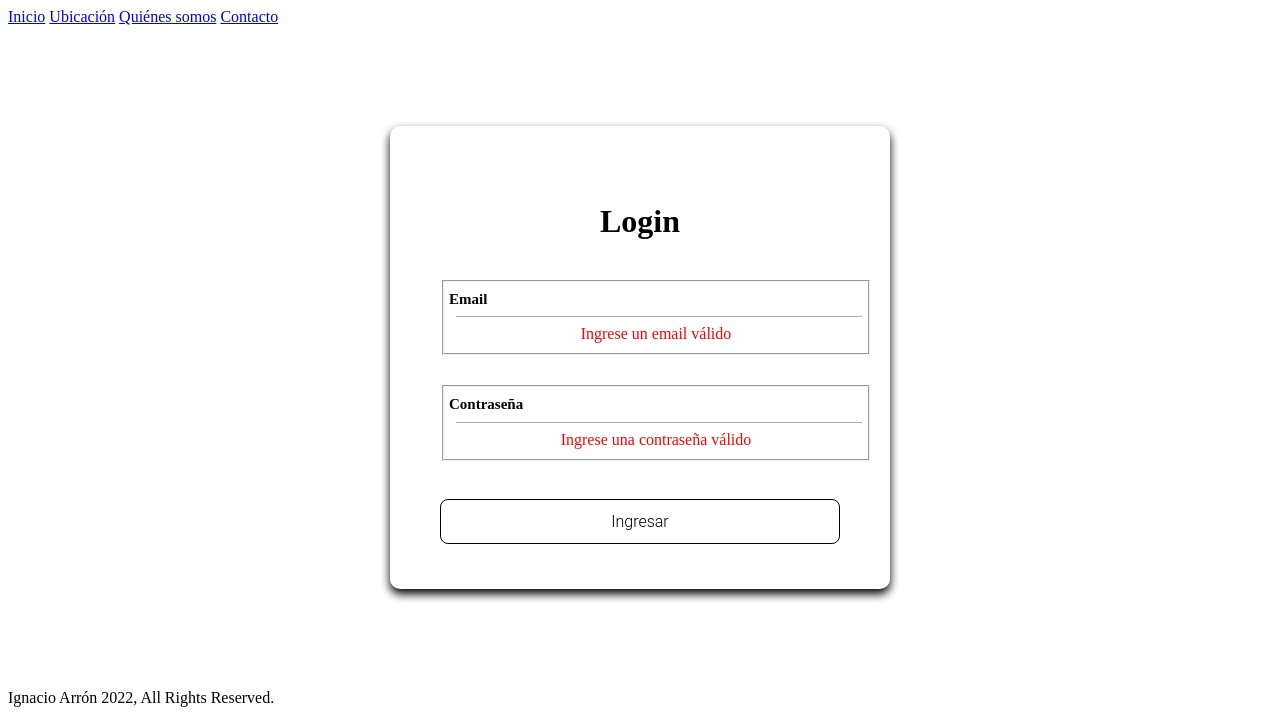
Repository: Divineridh/lppa-parcial2
Page: login.html
The author's editor kept a copy of each file at every save. The page is drawn from the files as they stood at one save, then again after the next save.
The browser window is 1280 px wide. The pictures show the whole page.

Above is the page before, as saved 2022-07-04 21:07:41.

After the next save:
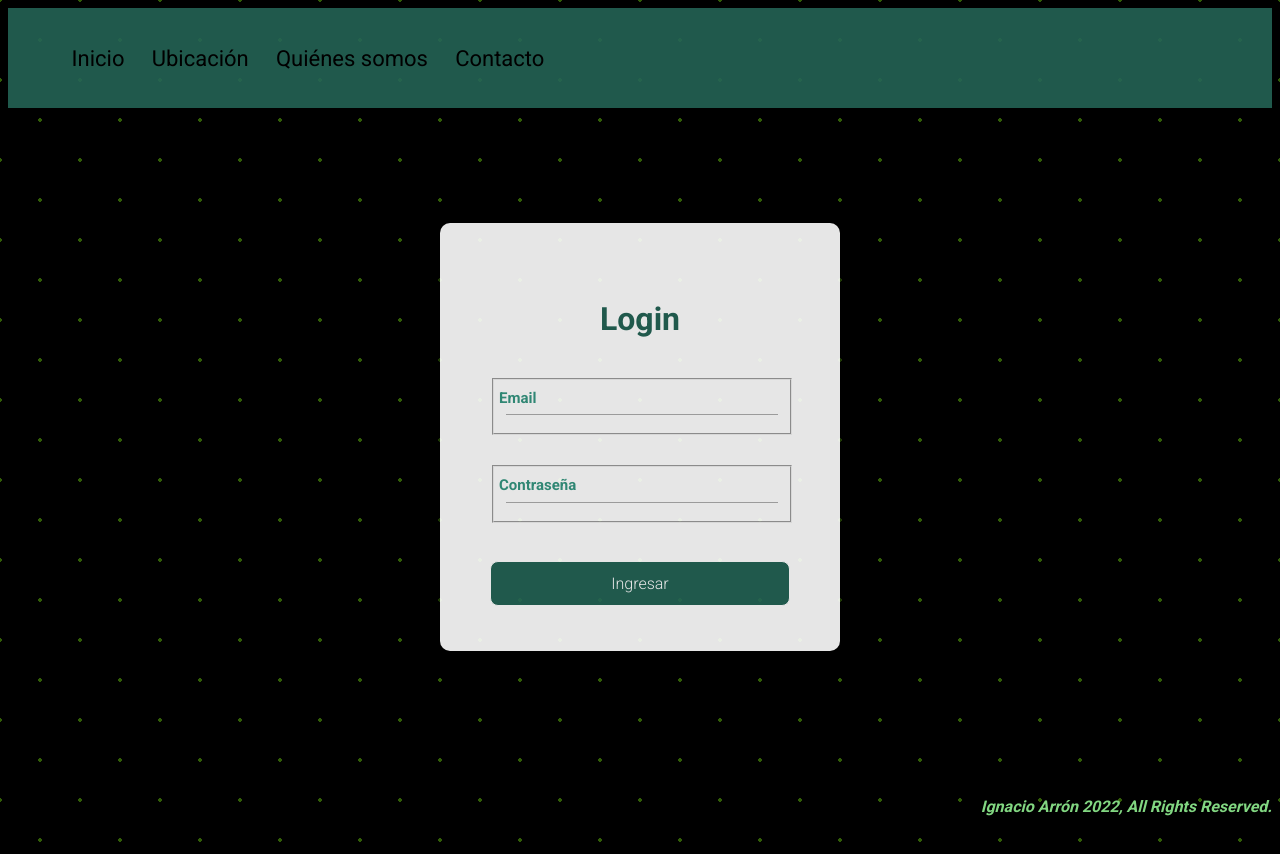
Saved 35 min 4 s later.
--- a/login.html
+++ b/login.html
@@ -5,6 +5,7 @@
     <meta http-equiv="X-UA-Compatible" content="IE=edge">
     <meta name="viewport" content="width=device-width, initial-scale=1.0">
     <link rel="stylesheet" href="./styles/login.css">
+    <link rel="stylesheet" href="./styles/style.css">
     <script src="./scripts/login.js"></script>
     <link rel="shortcut icon" href="images/favicon.ico" type="image/x-icon">
     <title>Login page</title>
